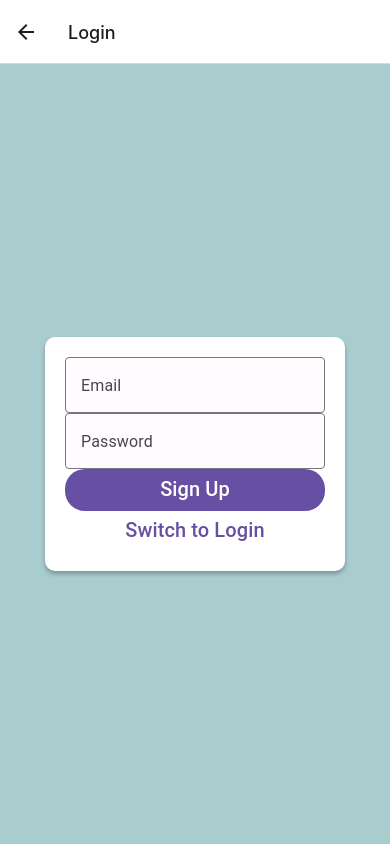
Repository: SaudCh/Expo-Pethub
Screen: /Login
An editor plug-in stored every save of this project. The screen is shown before and after the next save, followed by the edit.
The app was drawn by React Native's web renderer in a window 390 px wide. The project was rebuilt for these pictures with package versions that can differ from the ones it lists, and the page was loaded fresh each time.

Above is the screen before, as saved 2022-11-14 23:59:22.

### App.js
import { StatusBar } from 'expo-status-bar';
import 'react-native-gesture-handler';
import { StyleSheet, Text, View } from 'react-native';
import { Provider as PaperProvider } from 'react-native-paper';
import AppNavigator from './Components/Navigator';

export default function App() {
  return (
    <PaperProvider>
      <AppNavigator />
    </PaperProvider>
  );
}

const styles = StyleSheet.create({
  container: {
    flex: 1,
    backgroundColor: '#fff',
    alignItems: 'center',
    justifyContent: 'center',
  },
});

### Components/Navigator.js
// In App.js in a new project

import * as React from 'react';
import { View, Text } from 'react-native';
import { NavigationContainer } from '@react-navigation/native';
import { createNativeStackNavigator } from '@react-navigation/native-stack';
import Login from '../Screens/Login';
import Signup from '../Screens/Signup';

function HomeScreen() {
    return (
        <View style={{ flex: 1, alignItems: 'center', justifyContent: 'center' }}>
            <Text>Home Screen</Text>
        </View>
    );
}

const Stack = createNativeStackNavigator();

function AppNavigator() {
    return (
        <NavigationContainer>
            <Stack.Navigator>
                <Stack.Screen name="Signup" component={Signup} />
                <Stack.Screen name="Login" component={Login} />
                <Stack.Screen name="Home" component={Signup} />
                <Stack.Screen name="Profile" component={Signup} />
                <Stack.Screen name="UpdateProfile" component={Signup} />

            </Stack.Navigator>
        </NavigationContainer>
    );
}

export default AppNavigator;

### Screens/Login.js
import { useNavigation } from "@react-navigation/native";
import React, { useState, useEffect } from "react";
import { View, Text, StyleSheet, ActivityIndicator, Alert } from 'react-native'
import { TextInput, Button } from "react-native-paper"

export default function Login() {

    const navigation = useNavigation()

    const [data, setData] = useState({
        email: '',
        password: ''
    })

    return (
        <View style={{ ...styles.body }}>
            <View style={{ ...styles.box }}>
                <View>
                    <TextInput
                        mode="outlined"
                        placeholder="Email"
                        value={data.email}
                        onChangeText={text => setData({ ...data, email: text })}
                    />
                </View>
                <View>
                    <TextInput
                        mode="outlined"
                        placeholder="Password"
                        value={data.password}
                        onChangeText={text => setData({ ...data, password: text })}
                        secureTextEntry
                    />
                </View>
                <View>
                    <Button mode="contained" onPress={() => register()} >
                        <Text style={{ ...styles.bottomText }}>Sign Up</Text>
                    </Button>

                    <Button onPress={() => navigation.replace('Login')} style={{ backgroundColor: 'transparent' }}>
                        <Text style={{ ...styles.bottomText }}>Switch to Login</Text>
                    </Button>
                </View>
            </View>
        </View >
    );
}
const styles = StyleSheet.create({
    body: {
        flex: 1,
        alignItems: "center",
        justifyContent: 'center',
        backgroundColor: '#A9CCCF'
    },
    box: {
        shadowColor: "#000",
        shadowOffset: {
            width: 0,
            height: 3,
        },
        shadowOpacity: 0.27,
        shadowRadius: 4.65,
        elevation: 6,
        borderRadius: 10,

        backgroundColor: "#fff",
        padding: 20,
        width: 300
    },
    inputText: {
        fontWeight: 'bold'
    },
    bottomText: {
        fontSize: 20
    }
});

### Screens/Signup.js
import { useNavigation } from "@react-navigation/native";
import React, { useState, useEffect } from "react";
import { View, Text, StyleSheet, ActivityIndicator, Alert } from 'react-native'
import { TextInput, Button } from "react-native-paper"

export default function Signup() {
    const navigation = useNavigation()

    const [data, setData] = useState({
        email: '',
        password: ''
    })

    return (
        <View style={{ ...styles.body }}>
            <View style={{ ...styles.box }}>
                <View>
                    <TextInput
                        mode="outlined"
                        placeholder="Email"
                        value={data.email}
                        onChangeText={text => setData({ ...data, email: text })}
                    />
                </View>
                <View>
                    <TextInput
                        mode="outlined"
                        placeholder="Password"
                        value={data.password}
                        onChangeText={text => setData({ ...data, password: text })}
                        secureTextEntry
                    />
                </View>
                <View>
                    <Button onPress={() => register()} style={{ backgroundColor: 'transparent' }}>
                        <Text style={{ ...styles.bottomText }}>Sign Up</Text>
                    </Button>

                    <Button onPress={() => navigation.replace('Login')} style={{ backgroundColor: 'transparent' }}>
                        <Text style={{ ...styles.bottomText }}>Switch to Login</Text>
                    </Button>
                </View>
            </View>
        </View>
    );
}
const styles = StyleSheet.create({
    body: {
        flex: 1,
        alignItems: "center",
        justifyContent: 'center',
        // backgroundColor: COLORS.lPink
    },
    box: {
        shadowColor: "#000",
        shadowOffset: {
            width: 0,
            height: 3,
        },
        shadowOpacity: 0.27,
        shadowRadius: 4.65,
        elevation: 6,
        borderRadius: 10,

        backgroundColor: "white",
        padding: 20,
        width: 300
    },
    inputText: {
        fontWeight: 'bold'
    },
    bottomText: {
        fontSize: 20
    }
});

After the next save:
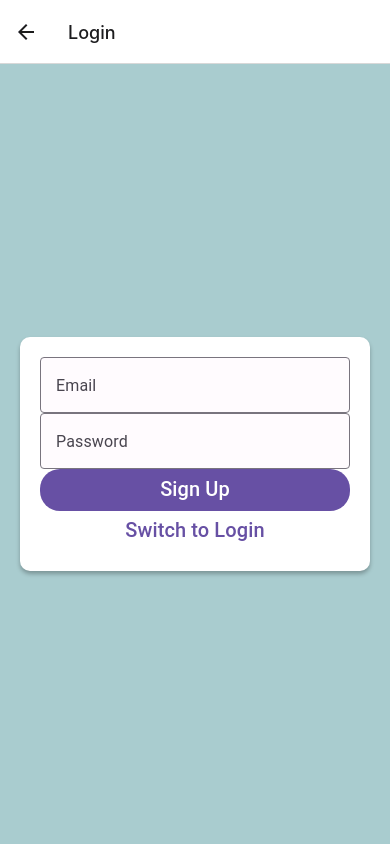
Saved 13 s later.
--- a/Screens/Login.js
+++ b/Screens/Login.js
@@ -65,7 +65,7 @@ const styles = StyleSheet.create({
 
         backgroundColor: "#fff",
         padding: 20,
-        width: 300
+        width: 350
     },
     inputText: {
         fontWeight: 'bold'
